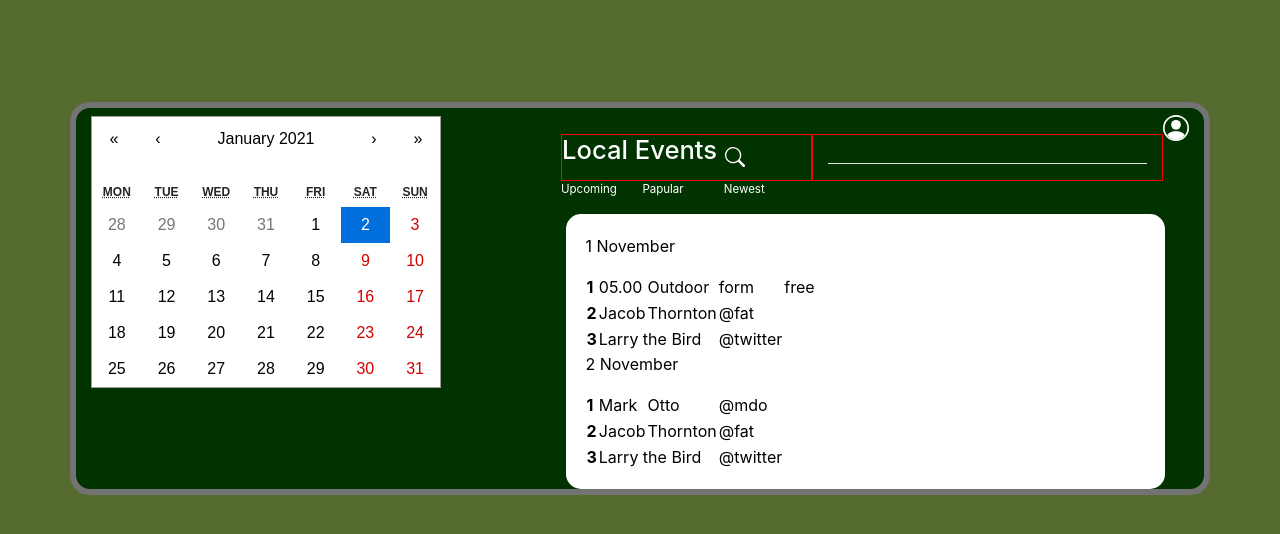
Repository: lalji-yadav/Calendar-code
Page: /
These files come from the project's save history. The page is drawn as it stood at one moment and after the next save; the edit follows.
The browser window is 1280 px wide. The pictures show the whole page.
The project was rebuilt for these pictures with package versions that can differ from the ones it lists, and the page was loaded fresh each time. Also part of the build but not shown: src/App.css.

Above is the page before, as saved 2021-01-04 10:48:37.

After the next save:
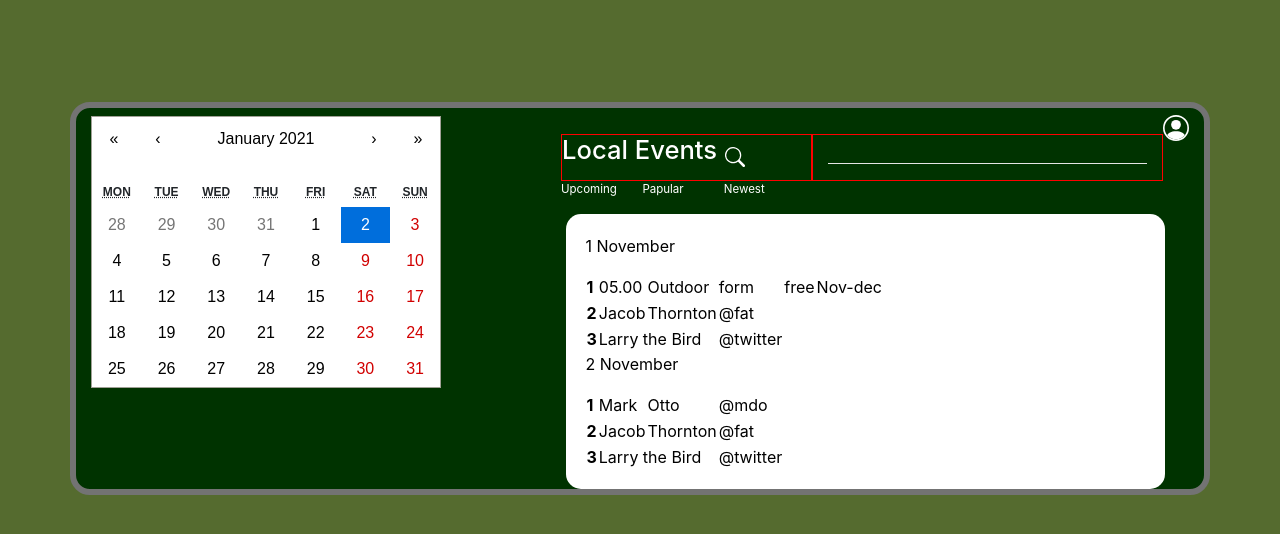
Saved 88 s later.
--- a/src/calendar/Home.js
+++ b/src/calendar/Home.js
@@ -64,6 +64,7 @@ function Home() {
                         <td>Outdoor</td>
                         <td>form</td>
                         <td>free</td>
+                        <td>Nov-dec</td>
                       </tr>
                       <tr>
                         <th scope="row">2</th>
